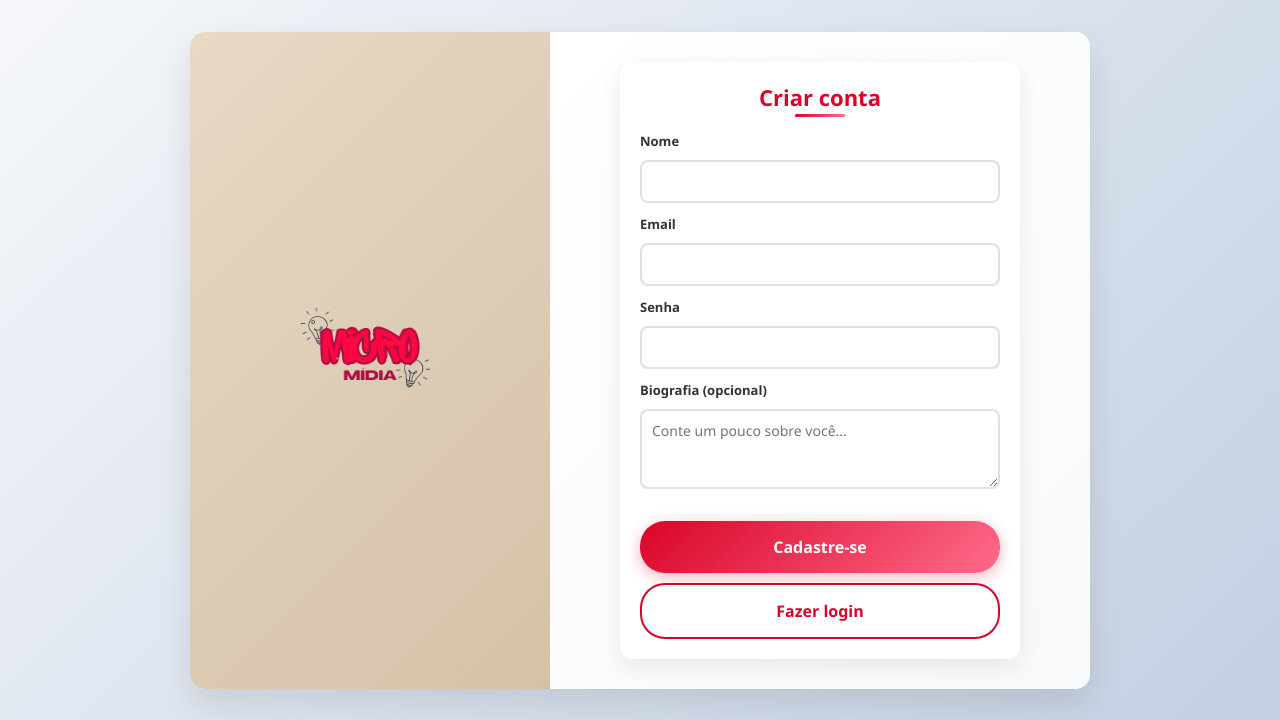
Repository: annaluizapm/MicroMidia
Page: front/HTML/cadastro.html
The author's editor kept a copy of each file at every save. The page is drawn from the files as they stood at one save, then again after the next save.
The browser window is 1280 px wide. The pictures show the whole page.

Above is the page before, as saved 2025-08-14 11:21:25.

### front/HTML/cadastro.html
<!DOCTYPE html>
<html lang="pt-BR">
<head>
    <meta charset="UTF-8">
    <meta name="viewport" content="width=device-width, initial-scale=1.0">
    <title>Cadastro - Micro Mídia</title>
    <link rel="stylesheet" href="../CSS/logincadastro.css">
</head>
<body>
    <div class="container">
        <div class="left">
            <img src="../assets/Logo.png" alt="Micro Mídia">
        </div>
        <div class="right">
            <div class="login-box">
                <h2>Criar conta</h2>
                <form onsubmit="cadastrarUsuario(event)">
                    <label for="cadastro-nome">Nome</label>
                    <input type="text" id="cadastro-nome" name="nome" required>

                    <label for="cadastro-email">Email</label>
                    <input type="email" id="cadastro-email" name="email" required>

                    <label for="cadastro-senha">Senha</label>
                    <input type="password" id="cadastro-senha" name="senha" required>

                    <label for="cadastro-bio">Biografia (opcional)</label>
                    <textarea id="cadastro-bio" name="bio" placeholder="Conte um pouco sobre você..."></textarea>

                    <button type="submit" class="btn-primary">Cadastre-se</button>
                    <button type="button" class="btn-secondary" onclick="window.location.href='login.html'">Fazer login</button>
                </form>
            </div>
        </div>
    </div>

    <script src="../JS/script.js"></script>
</body>
</html>

### front/CSS/logincadastro.css
* {
    margin: 0;
    padding: 0;
    box-sizing: border-box;
    font-family: 'Segoe UI', Tahoma, Geneva, Verdana, sans-serif;
}

body {
    display: flex;
    justify-content: center;
    align-items: center;
    min-height: 100vh;
    background: linear-gradient(135deg, #f5f7fa 0%, #c3cfe2 100%);
    padding: 20px;
}

.container {
    display: flex;
    width: 100%;
    max-width: 900px;
    min-height: 600px;
    background: white;
    box-shadow: 0 15px 35px rgba(0, 0, 0, 0.1);
    border-radius: 15px;
    overflow: hidden;
    animation: fadeInUp 0.8s ease;
}

@keyframes fadeInUp {
    from {
        opacity: 0;
        transform: translateY(30px);
    }
    to {
        opacity: 1;
        transform: translateY(0);
    }
}

.left {
    width: 40%;
    background: linear-gradient(135deg, #E7D9C4 0%, #d4c1a8 100%);
    display: flex;
    justify-content: center;
    align-items: center;
    position: relative;
}

.left::before {
    content: '';
    position: absolute;
    top: 0;
    left: 0;
    right: 0;
    bottom: 0;
    background: url('data:[embedded picture, 358 characters]');
    opacity: 0.3;
}

.left img {
    width: 75%;
    max-width: 200px;
    position: relative;
    z-index: 1;
    transition: transform 0.3s ease;
}

.left img:hover {
    transform: scale(1.05);
}

.right {
    width: 60%;
    display: flex;
    justify-content: center;
    align-items: center;
    background: linear-gradient(135deg, #ffffff 0%, #f8f9fa 100%);
    padding: 30px 20px;
    overflow-y: auto;
}

.login-box {
    width: 100%;
    max-width: 400px;
    padding: 20px;
    text-align: center;
    border-radius: 12px;
    box-shadow: 0 8px 25px rgba(0, 0, 0, 0.08);
    background: white;
}

h2 {
    color: #D90429;
    margin-bottom: 20px;
    font-size: 22px;
    position: relative;
}

h2::after {
    content: '';
    position: absolute;
    bottom: -5px;
    left: 50%;
    transform: translateX(-50%);
    width: 50px;
    height: 3px;
    background: linear-gradient(90deg, #D90429, #ff6b8a);
    border-radius: 2px;
}

label {
    display: block;
    text-align: left;
    margin-bottom: 5px;
    color: #333;
    font-weight: 600;
    font-size: 13px;
}

input, textarea {
    width: 100%;
    padding: 10px;
    margin: 5px 0 12px 0;
    border: 2px solid #e0e0e0;
    border-radius: 8px;
    font-size: 14px;
    transition: all 0.3s ease;
    box-sizing: border-box;
}

input:focus, textarea:focus {
    outline: none;
    border-color: #D90429;
    box-shadow: 0 0 0 3px rgba(217, 4, 41, 0.1);
    transform: translateY(-2px);
}

textarea {
    resize: vertical;
    min-height: 80px;
}

.btn-primary {
    width: 100%;
    padding: 15px;
    background: linear-gradient(135deg, #D90429 0%, #ff6b8a 100%);
    color: white;
    border: none;
    border-radius: 25px;
    cursor: pointer;
    margin-top: 15px;
    font-weight: 600;
    font-size: 16px;
    transition: all 0.3s ease;
    box-shadow: 0 4px 15px rgba(217, 4, 41, 0.3);
}

.btn-primary:hover {
    transform: translateY(-2px);
    box-shadow: 0 6px 20px rgba(217, 4, 41, 0.4);
}

.btn-secondary {
    width: 100%;
    padding: 15px;
    background: white;
    color: #D90429;
    border: 2px solid #D90429;
    border-radius: 25px;
    cursor: pointer;
    margin-top: 10px;
    font-weight: 600;
    font-size: 16px;
    transition: all 0.3s ease;
}

.btn-secondary:hover {
    background: linear-gradient(135deg, #D90429 0%, #ff6b8a 100%);
    color: white;
    transform: translateY(-2px);
    box-shadow: 0 4px 15px rgba(217, 4, 41, 0.3);
}

### front/JS/script.js

// script.js - Configuração da API
const API_BASE_URL = 'http://127.0.0.1:3002/api';

// Função para obter token do localStorage
function getToken() {
    return localStorage.getItem('token');
}

// Função para salvar token
function saveToken(token) {
    localStorage.setItem('token', token);
}

// Função para remover token
function removeToken() {
    localStorage.removeItem('token');
}

// Função para fazer requisições autenticadas
async function fetchWithAuth(url, options = {}) {
    const token = getToken();
    const headers = {
        'Content-Type': 'application/json',
        ...options.headers
    };

    if (token) {
        headers['Authorization'] = `Bearer ${token}`;
    }

    const response = await fetch(url, {
        ...options,
        headers
    });

    return response;
}

// Função de cadastro atualizada para usar a API
async function cadastrarUsuario(event) {
    event.preventDefault();
    const nome = document.querySelector('#cadastro-nome').value;
    const email = document.querySelector('#cadastro-email').value;
    const senha = document.querySelector('#cadastro-senha').value;
    const bio = document.querySelector('#cadastro-bio')?.value || '';

    if (nome && email && senha) {
        try {
            const response = await fetch(`${API_BASE_URL}/auth/register`, {
                method: 'POST',
                headers: {
                    'Content-Type': 'application/json'
                },
                body: JSON.stringify({ nome, email, senha, bio })
            });

            const data = await response.json();

            if (response.ok) {
                // Salvar usuário retornado (sem token)
                if (data.usuario) {
                    localStorage.setItem('user', JSON.stringify(data.usuario));
                }
                alert('Cadastro realizado com sucesso!');
                window.location.href = 'forum.html';
            } else {
                alert(data.error || 'Erro no cadastro');
            }
        } catch (error) {
            console.error('Erro:', error);
            alert('Erro de conexão com o servidor');
        }
    } else {
        alert('Por favor, preencha todos os campos obrigatórios.');
    }
}

// Função de login atualizada para usar a API
async function fazerLogin(event) {
    event.preventDefault();
    const email = document.querySelector('#login-email').value;
    const senha = document.querySelector('#login-senha').value;

    if (email && senha) {
        try {
            const response = await fetch(`${API_BASE_URL}/auth/login`, {
                method: 'POST',
                headers: {
                    'Content-Type': 'application/json'
                },
                body: JSON.stringify({ email, senha })
            });

            const data = await response.json();

            if (response.ok) {
                localStorage.setItem('user', JSON.stringify(data.usuario));
                alert(`Bem-vindo(a), ${data.usuario.nome}!`);
                window.location.href = 'forum.html';
            } else {
                alert(data.error || 'Email ou senha incorretos');
            }
        } catch (error) {
            console.error('Erro:', error);
            alert('Erro de conexão com o servidor');
        }
    } else {
        alert('Por favor, preencha todos os campos.');
    }
}

// Função para carregar postagens
async function carregarPostagens() {
    try {
    const response = await fetch(`${API_BASE_URL}/postagens`);
        const posts = await response.json();

        const container = document.querySelector('.content');
        if (!container) return;

        // Limpar container (manter apenas o título)
        const title = container.querySelector('h2');
        container.innerHTML = '';
        if (title) container.appendChild(title);

        posts.forEach(post => {
            const postElement = document.createElement('div');
            postElement.className = 'post';
            postElement.innerHTML = `
                <h3>Postagem de ${post.autor_nome}</h3>
                <p>${post.autor_nome} - ${new Date(post.criado_em).toLocaleString()}</p>
                <p>${post.conteudo}</p>
                <div class="post-actions">
                    <button onclick="curtirPost(${post.id})" class="btn-like">
                        ❤️ ${post.total_curtidas}
                    </button>
                    <button onclick="verComentarios(${post.id})" class="btn">
                        💬 ${post.total_comentarios} comentários
                    </button>
                </div>
            `;
            container.appendChild(postElement);
        });
    } catch (error) {
        console.error('Erro ao carregar postagens:', error);
    }
}

// Função para curtir postagem
async function curtirPost(postId) {
    const user = JSON.parse(localStorage.getItem('user') || 'null');
    if (!user) {
        alert('Você precisa estar logado para curtir uma postagem');
        return;
    }

    try {
        const response = await fetchWithAuth(`${API_BASE_URL}/curtidas`, {
            method: 'POST',
            body: JSON.stringify({ postagem_id: postId, usuario_id: user.id })
        });

        const data = await response.json();
        if (response.ok) {
            // Recarregar postagens para atualizar contador
            carregarPostagens();
        } else {
            alert(data.error || 'Erro ao curtir postagem');
        }
    } catch (error) {
        console.error('Erro:', error);
        alert('Erro de conexão com o servidor');
    }
}

// Função para verificar se está logado
function verificarLogin() {
    const user = localStorage.getItem('user');
    const loginBtn = document.querySelector('.btn-login');
    const logoutBtn = document.querySelector('.btn-logout');

    if (user) {
        if (loginBtn) loginBtn.style.display = 'none';
        if (logoutBtn) logoutBtn.style.display = 'block';
    } else {
        if (loginBtn) loginBtn.style.display = 'block';
        if (logoutBtn) logoutBtn.style.display = 'none';
    }
}

// Função de logout
function logout() {
    removeToken();
    localStorage.removeItem('user');
    window.location.href = 'index.html';
}

// Redirecionamento entre páginas
document.addEventListener('DOMContentLoaded', () => {
    // Verificar login ao carregar página
    verificarLogin();

    // Carregar postagens se estiver na página do fórum
    if (window.location.pathname.includes('forum.html')) {
        carregarPostagens();
    }

    // Event listeners para botões
    const loginBtn = document.querySelector('.btn-secondary-login');
    const cadastroBtn = document.querySelector('.btn-secondary-cadastro');

    if (loginBtn) loginBtn.addEventListener('click', () => window.location.href = 'login.html');
    if (cadastroBtn) cadastroBtn.addEventListener('click', () => window.location.href = 'cadastro.html');
});

After the next save:
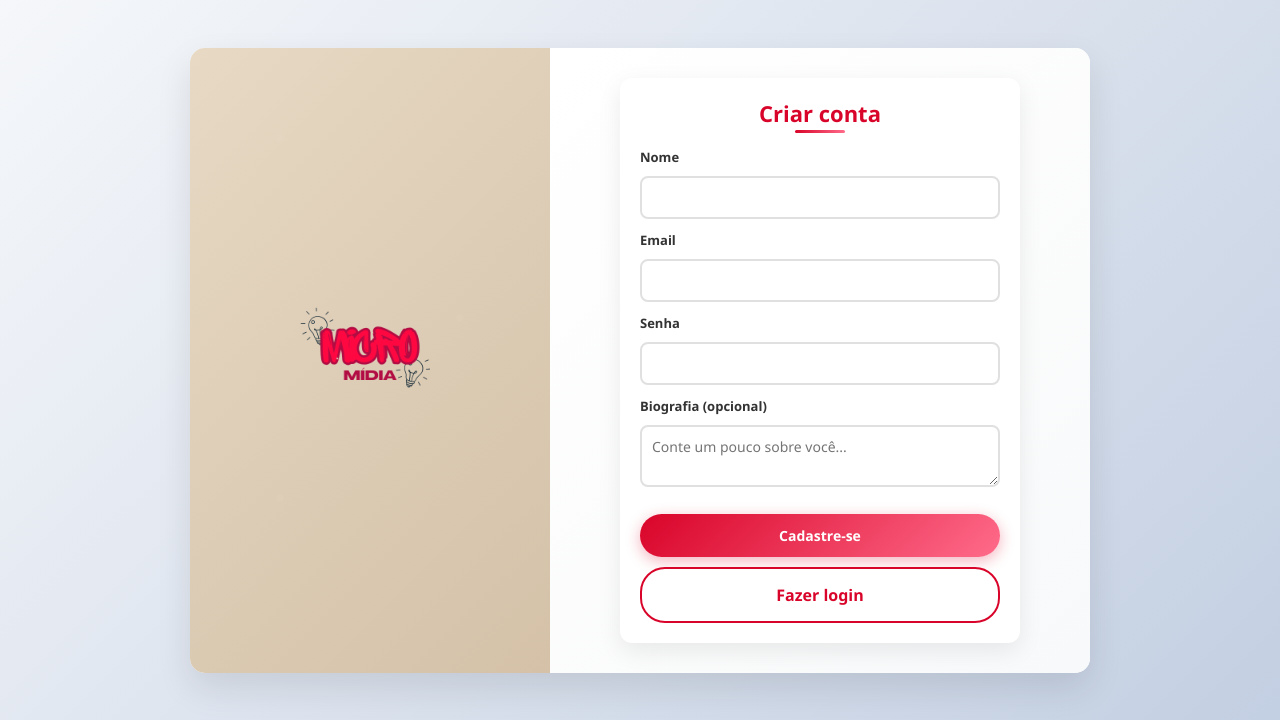
Saved 82 s later.
--- a/front/CSS/logincadastro.css
+++ b/front/CSS/logincadastro.css
@@ -137,20 +137,20 @@
 
 textarea {
     resize: vertical;
-    min-height: 80px;
+    min-height: 60px;
 }
 
 .btn-primary {
     width: 100%;
-    padding: 15px;
+    padding: 12px;
     background: linear-gradient(135deg, #D90429 0%, #ff6b8a 100%);
     color: white;
     border: none;
     border-radius: 25px;
     cursor: pointer;
-    margin-top: 15px;
+    margin-top: 10px;
     font-weight: 600;
-    font-size: 16px;
+    font-size: 14px;
     transition: all 0.3s ease;
     box-shadow: 0 4px 15px rgba(217, 4, 41, 0.3);
 }
